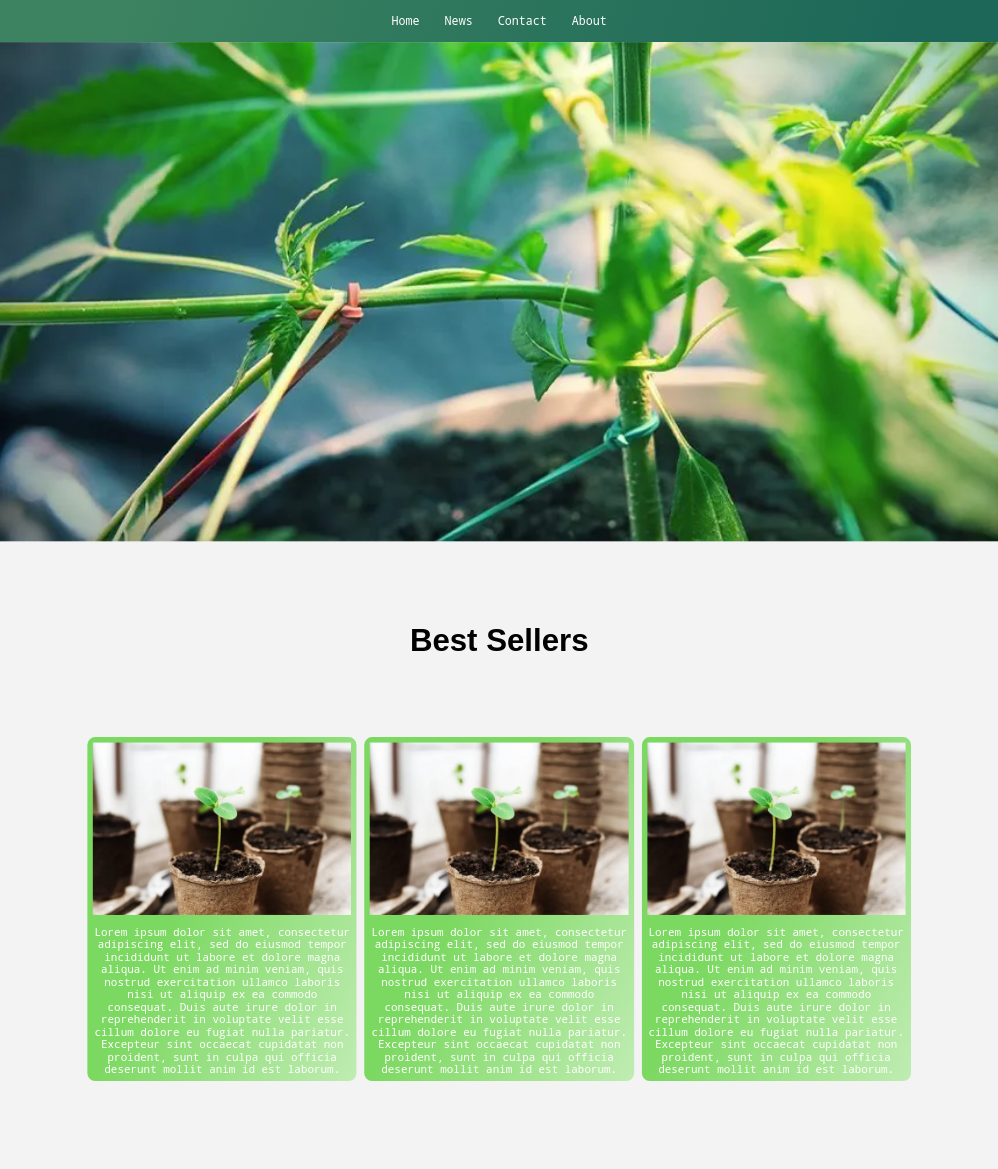
Repository: Flexo874/ISITECH-HTML-CSS
Page: index.html
The author's editor kept a copy of each file at every save. The page is drawn from the files as they stood at one save, then again after the next save.
The browser window is 1280 px wide. The pictures show the whole page, at 78% of full size.

Above is the page before, as saved 2024-01-02 16:16:23.

After the next save:
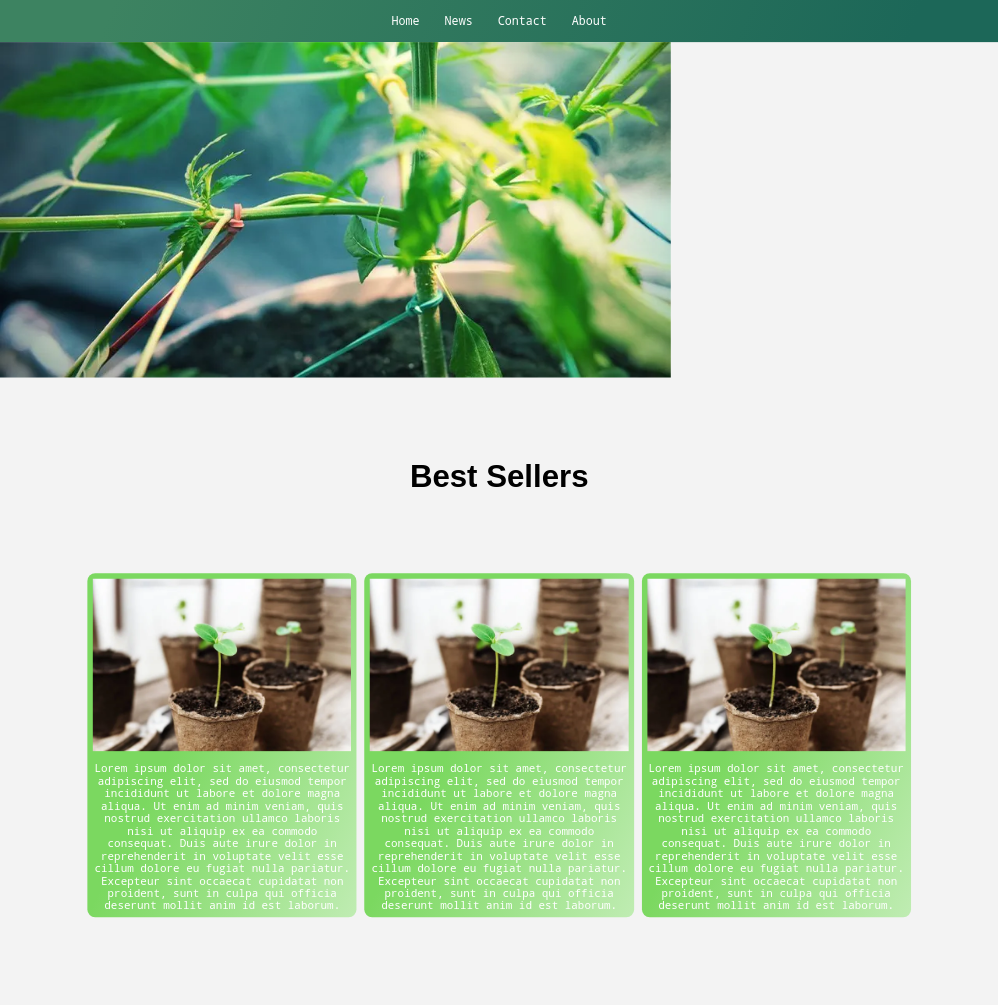
Saved 85 s later.
--- a/style.css
+++ b/style.css
@@ -39,11 +39,7 @@
 
 }
 
-.plant-img img{
-    width: 100%;
-    height: 50%;
-    object-fit: cover;
-}
+
 
 
 
